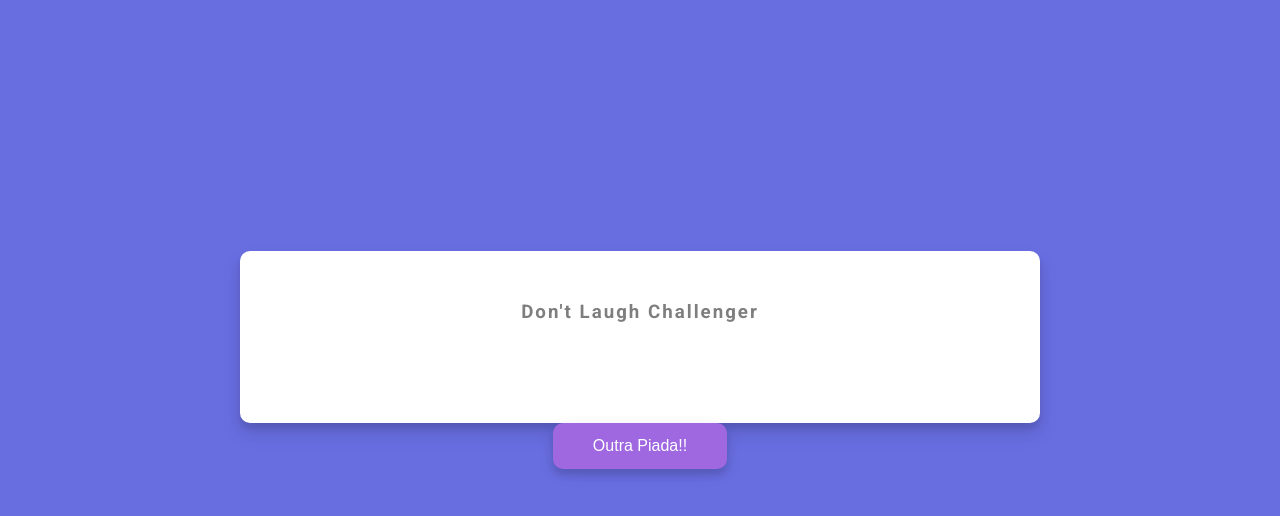
Repository: Williamlmachado/Dad-Jokes
Page: index.html
These files come from the project's save history. The page is drawn as it stood at one moment and after the next save; the edit follows.
The browser window is 1280 px wide. The pictures show the whole page.

Above is the page before, as saved 2021-08-21 13:06:37.

After the next save:
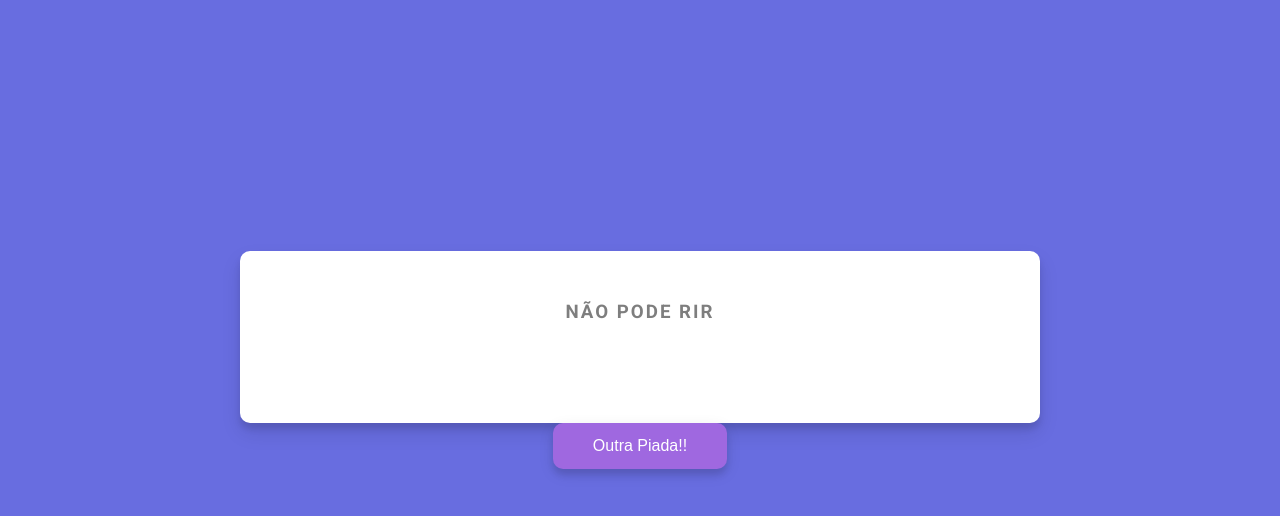
Saved 85 s later.
--- a/index.html
+++ b/index.html
@@ -4,14 +4,14 @@
         <meta charset="UTF-8"/>
         <meta name="viewport" content="width=device-width, initial-scale=1.0"/>
         <link rel="stylesheet" href="style.css"/>
-        <title>JoK3s</title>
+        <title>PIADAS</title>
     </head>
     <body>
         <div class="container">
-            <h3>Don't Laugh Challenger</h3>
+            <h3>NÃO PODE RIR</h3>
             <div id="joke" class="joke"></div>
         </div>
         <button id="jokeBtn" class="btn">Outra Piada!!</button>
-        <script></script>
+        <script src="script.js"></script>
     </body>
 </html>
